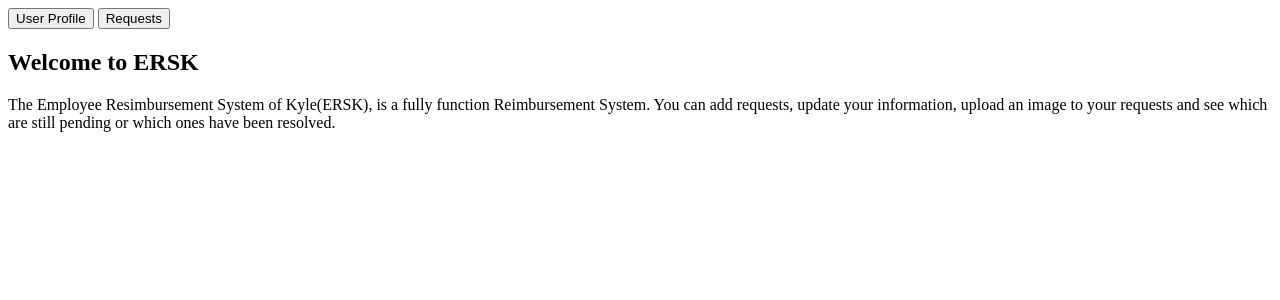
Repository: 1807-mehrab/project-1-KyleAButterfield
Page: ERSK/ERSK/src/main/webapp/EmployeeHomePage.html
An editor plug-in stored every save of this project. The page is shown before and after the next save, followed by the edit.
The browser window is 1280 px wide. The pictures show the whole page.

Above is the page before, as saved 2018-07-28 21:19:13.

After the next save:
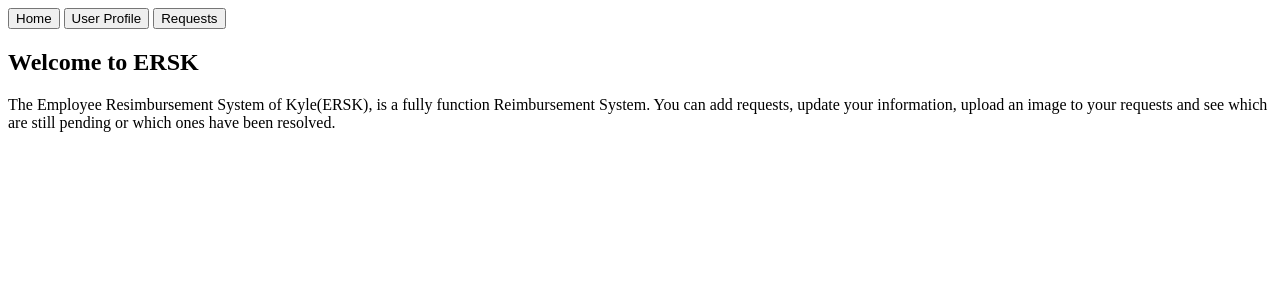
Saved 94 s later.
--- a/ERSK/ERSK/src/main/webapp/EmployeeHomePage.html
+++ b/ERSK/ERSK/src/main/webapp/EmployeeHomePage.html
@@ -4,6 +4,7 @@
 <meta charset="ISO-8859-1">
 <title>ERSK-Home Page</title>
 	<div id="dashboard">
+	<input type="button" onClick="HomePage()" value="Home">
 	 <input type="button" onClick ="getInfo()" value="User Profile">
 	<input type="button" onClick="loadRequests()" value="Requests">
 	</div>
